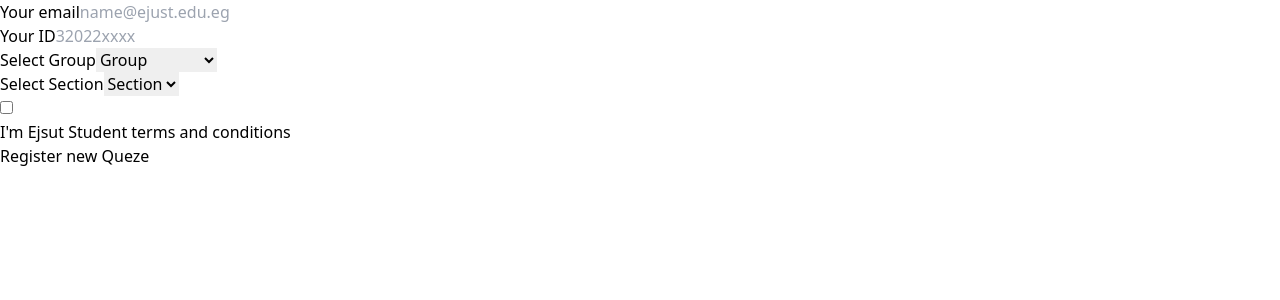
Repository: AbdalrahmanEldeep/FIBOTIC
Page: /
These files come from the project's save history. The page is drawn as it stood at one moment and after the next save; the edit follows.
The browser window is 1280 px wide. The pictures show the whole page.
The project was rebuilt for these pictures with package versions that can differ from the ones it lists, and the page was loaded fresh each time. Also part of the build but not shown: vite.config.js, src/pages/protecter.jsx, src/pages/exame.jsx.

Above is the page before, as saved 2023-01-06 22:40:04.

### index.html
<!DOCTYPE html>
<html lang="en">
  <head>
    <meta charset="UTF-8" />
    <link rel="icon" type="image/svg+xml" href="/vite.svg" />
    <meta name="viewport" content="width=device-width, initial-scale=1.0" />
    <title>FIBO</title>
    <!-- Tailwindcss -->
    <link rel="stylesheet" href="/src/global/app.css">
  </head>
  <body>
    <div id="root"></div>
    <script type="module" src="/src/main.jsx"></script>
  </body>
</html>

### src/global/app.css
/*
! tailwindcss v3.2.4 | MIT License | https://tailwindcss.com
*/

/*
1. Prevent padding and border from affecting element width. (https://github.com/mozdevs/cssremedy/issues/4)
2. Allow adding a border to an element by just adding a border-width. (https://github.com/tailwindcss/tailwindcss/pull/116)
*/

*,
::before,
::after {
  box-sizing: border-box;
  /* 1 */
  border-width: 0;
  /* 2 */
  border-style: solid;
  /* 2 */
  border-color: #e5e7eb;
  /* 2 */
}

::before,
::after {
  --tw-content: '';
}

/*
1. Use a consistent sensible line-height in all browsers.
2. Prevent adjustments of font size after orientation changes in iOS.
3. Use a more readable tab size.
4. Use the user's configured `sans` font-family by default.
5. Use the user's configured `sans` font-feature-settings by default.
*/

html {
  line-height: 1.5;
  /* 1 */
  -webkit-text-size-adjust: 100%;
  /* 2 */
  -moz-tab-size: 4;
  /* 3 */
  -o-tab-size: 4;
     tab-size: 4;
  /* 3 */
  font-family: ui-sans-serif, system-ui, -apple-system, BlinkMacSystemFont, "Segoe UI", Roboto, "Helvetica Neue", Arial, "Noto Sans", sans-serif, "Apple Color Emoji", "Segoe UI Emoji", "Segoe UI Symbol", "Noto Color Emoji";
  /* 4 */
  font-feature-settings: normal;
  /* 5 */
}

/*
1. Remove the margin in all browsers.
2. Inherit line-height from `html` so users can set them as a class directly on the `html` element.
*/

body {
  margin: 0;
  /* 1 */
  line-height: inherit;
  /* 2 */
}

/*
1. Add the correct height in Firefox.
2. Correct the inheritance of border color in Firefox. (https://bugzilla.mozilla.org/show_bug.cgi?id=190655)
3. Ensure horizontal rules are visible by default.
*/

hr {
  height: 0;
  /* 1 */
  color: inherit;
  /* 2 */
  border-top-width: 1px;
  /* 3 */
}

/*
Add the correct text decoration in Chrome, Edge, and Safari.
*/

abbr:where([title]) {
  -webkit-text-decoration: underline dotted;
          text-decoration: underline dotted;
}

/*
Remove the default font size and weight for headings.
*/

h1,
h2,
h3,
h4,
h5,
h6 {
  font-size: inherit;
  font-weight: inherit;
}

/*
Reset links to optimize for opt-in styling instead of opt-out.
*/

a {
  color: inherit;
  text-decoration: inherit;
}

/*
Add the correct font weight in Edge and Safari.
*/

b,
strong {
  font-weight: bolder;
}

/*
1. Use the user's configured `mono` font family by default.
2. Correct the odd `em` font sizing in all browsers.
*/

code,
kbd,
samp,
pre {
  font-family: ui-monospace, SFMono-Regular, Menlo, Monaco, Consolas, "Liberation Mono", "Courier New", monospace;
  /* 1 */
  font-size: 1em;
  /* 2 */
}

/*
Add the correct font size in all browsers.
*/

small {
  font-size: 80%;
}

/*
Prevent `sub` and `sup` elements from affecting the line height in all browsers.
*/

sub,
sup {
  font-size: 75%;
  line-height: 0;
  position: relative;
  vertical-align: baseline;
}

sub {
  bottom: -0.25em;
}

sup {
  top: -0.5em;
}

/*
1. Remove text indentation from table contents in Chrome and Safari. (https://bugs.chromium.org/p/chromium/issues/detail?id=999088, https://bugs.webkit.org/show_bug.cgi?id=201297)
2. Correct table border color inheritance in all Chrome and Safari. (https://bugs.chromium.org/p/chromium/issues/detail?id=935729, https://bugs.webkit.org/show_bug.cgi?id=195016)
3. Remove gaps between table borders by default.
*/

table {
  text-indent: 0;
  /* 1 */
  border-color: inherit;
  /* 2 */
  border-collapse: collapse;
  /* 3 */
}

/*
1. Change the font styles in all browsers.
2. Remove the margin in Firefox and Safari.
3. Remove default padding in all browsers.
*/

button,
input,
optgroup,
select,
textarea {
  font-family: inherit;
  /* 1 */
  font-size: 100%;
  /* 1 */
  font-weight: inherit;
  /* 1 */
  line-height: inherit;
  /* 1 */
  color: inherit;
  /* 1 */
  margin: 0;
  /* 2 */
  padding: 0;
  /* 3 */
}

/*
Remove the inheritance of text transform in Edge and Firefox.
*/

button,
select {
  text-transform: none;
}

/*
1. Correct the inability to style clickable types in iOS and Safari.
2. Remove default button styles.
*/

button,
[type='button'],
[type='reset'],
[type='submit'] {
  -webkit-appearance: button;
  /* 1 */
  background-color: transparent;
  /* 2 */
  background-image: none;
  /* 2 */
}

/*
Use the modern Firefox focus style for all focusable elements.
*/

:-moz-focusring {
  outline: auto;
}

/*
Remove the additional `:invalid` styles in Firefox. (https://github.com/mozilla/gecko-dev/blob/2f9eacd9d3d995c937b4251a5557d95d494c9be1/layout/style/res/forms.css#L728-L737)
*/

:-moz-ui-invalid {
  box-shadow: none;
}

/*
Add the correct vertical alignment in Chrome and Firefox.
*/

progress {
  vertical-align: baseline;
}

/*
Correct the cursor style of increment and decrement buttons in Safari.
*/

::-webkit-inner-spin-button,
::-webkit-outer-spin-button {
  height: auto;
}

/*
1. Correct the odd appearance in Chrome and Safari.
2. Correct the outline style in Safari.
*/

[type='search'] {
  -webkit-appearance: textfield;
  /* 1 */
  outline-offset: -2px;
  /* 2 */
}

/*
Remove the inner padding in Chrome and Safari on macOS.
*/

::-webkit-search-decoration {
  -webkit-appearance: none;
}

/*
1. Correct the inability to style clickable types in iOS and Safari.
2. Change font properties to `inherit` in Safari.
*/

::-webkit-file-upload-button {
  -webkit-appearance: button;
  /* 1 */
  font: inherit;
  /* 2 */
}

/*
Add the correct display in Chrome and Safari.
*/

summary {
  display: list-item;
}

/*
Removes the default spacing and border for appropriate elements.
*/

blockquote,
dl,
dd,
h1,
h2,
h3,
h4,
h5,
h6,
hr,
figure,
p,
pre {
  margin: 0;
}

fieldset {
  margin: 0;
  padding: 0;
}

legend {
  padding: 0;
}

ol,
ul,
menu {
  list-style: none;
  margin: 0;
  padding: 0;
}

/*
Prevent resizing textareas horizontally by default.
*/

textarea {
  resize: vertical;
}

/*
1. Reset the default placeholder opacity in Firefox. (https://github.com/tailwindlabs/tailwindcss/issues/3300)
2. Set the default placeholder color to the user's configured gray 400 color.
*/

input::-moz-placeholder, textarea::-moz-placeholder {
  opacity: 1;
  /* 1 */
  color: #9ca3af;
  /* 2 */
}

input::placeholder,
textarea::placeholder {
  opacity: 1;
  /* 1 */
  color: #9ca3af;
  /* 2 */
}

/*
Set the default cursor for buttons.
*/

button,
[role="button"] {
  cursor: pointer;
}

/*
Make sure disabled buttons don't get the pointer cursor.
*/

:disabled {
  cursor: default;
}

/*
1. Make replaced elements `display: block` by default. (https://github.com/mozdevs/cssremedy/issues/14)
2. Add `vertical-align: middle` to align replaced elements more sensibly by default. (https://github.com/jensimmons/cssremedy/issues/14#issuecomment-634934210)
   This can trigger a poorly considered lint error in some tools but is included by design.
*/

img,
svg,
video,
canvas,
audio,
iframe,
embed,
object {
  display: block;
  /* 1 */
  vertical-align: middle;
  /* 2 */
}

/*
Constrain images and videos to the parent width and preserve their intrinsic aspect ratio. (https://github.com/mozdevs/cssremedy/issues/14)
*/

img,
video {
  max-width: 100%;
  height: auto;
}

/* Make elements with the HTML hidden attribute stay hidden by default */

[hidden] {
  display: none;
}

*, ::before, ::after {
  --tw-border-spacing-x: 0;
  --tw-border-spacing-y: 0;
  --tw-translate-x: 0;
  --tw-translate-y: 0;
  --tw-rotate: 0;
  --tw-skew-x: 0;
  --tw-skew-y: 0;
  --tw-scale-x: 1;
  --tw-scale-y: 1;
  --tw-pan-x:  ;
  --tw-pan-y:  ;
  --tw-pinch-zoom:  ;
  --tw-scroll-snap-strictness: proximity;
  --tw-ordinal:  ;
  --tw-slashed-zero:  ;
  --tw-numeric-figure:  ;
  --tw-numeric-spacing:  ;
  --tw-numeric-fraction:  ;
  --tw-ring-inset:  ;
  --tw-ring-offset-width: 0px;
  --tw-ring-offset-color: #fff;
  --tw-ring-color: rgb(59 130 246 / 0.5);
  --tw-ring-offset-shadow: 0 0 #0000;
  --tw-ring-shadow: 0 0 #0000;
  --tw-shadow: 0 0 #0000;
  --tw-shadow-colored: 0 0 #0000;
  --tw-blur:  ;
  --tw-brightness:  ;
  --tw-contrast:  ;
  --tw-grayscale:  ;
  --tw-hue-rotate:  ;
  --tw-invert:  ;
  --tw-saturate:  ;
  --tw-sepia:  ;
  --tw-drop-shadow:  ;
  --tw-backdrop-blur:  ;
  --tw-backdrop-brightness:  ;
  --tw-backdrop-contrast:  ;
  --tw-backdrop-grayscale:  ;
  --tw-backdrop-hue-rotate:  ;
  --tw-backdrop-invert:  ;
  --tw-backdrop-opacity:  ;
  --tw-backdrop-saturate:  ;
  --tw-backdrop-sepia:  ;
}

::backdrop {
  --tw-border-spacing-x: 0;
  --tw-border-spacing-y: 0;
  --tw-translate-x: 0;
  --tw-translate-y: 0;
  --tw-rotate: 0;
  --tw-skew-x: 0;
  --tw-skew-y: 0;
  --tw-scale-x: 1;
  --tw-scale-y: 1;
  --tw-pan-x:  ;
  --tw-pan-y:  ;
  --tw-pinch-zoom:  ;
  --tw-scroll-snap-strictness: proximity;
  --tw-ordinal:  ;
  --tw-slashed-zero:  ;
  --tw-numeric-figure:  ;
  --tw-numeric-spacing:  ;
  --tw-numeric-fraction:  ;
  --tw-ring-inset:  ;
  --tw-ring-offset-width: 0px;
  --tw-ring-offset-color: #fff;
  --tw-ring-color: rgb(59 130 246 / 0.5);
  --tw-ring-offset-shadow: 0 0 #0000;
  --tw-ring-shadow: 0 0 #0000;
  --tw-shadow: 0 0 #0000;
  --tw-shadow-colored: 0 0 #0000;
  --tw-blur:  ;
  --tw-brightness:  ;
  --tw-contrast:  ;
  --tw-grayscale:  ;
  --tw-hue-rotate:  ;
  --tw-invert:  ;
  --tw-saturate:  ;
  --tw-sepia:  ;
  --tw-drop-shadow:  ;
  --tw-backdrop-blur:  ;
  --tw-backdrop-brightness:  ;
  --tw-backdrop-contrast:  ;
  --tw-backdrop-grayscale:  ;
  --tw-backdrop-hue-rotate:  ;
  --tw-backdrop-invert:  ;
  --tw-backdrop-opacity:  ;
  --tw-backdrop-saturate:  ;
  --tw-backdrop-sepia:  ;
}

### src/main.jsx
import ReactDOM  from "react-dom/client";
import { Root } from "./router/Root";
import 'flowbite';

const root = ReactDOM.createRoot(document.querySelector("#root"));

root.render(
  <Root/>
)

### src/router/Root.jsx
import React from 'react'
import { BrowserRouter, Route, Routes } from 'react-router-dom'
import Home from '../pages/home'
import Protecter from '../pages/protecter'
import Aboute from '../pages/exame'

export const Root = () => {
  return (
    <BrowserRouter>
        <Routes>
            <Route path="/" element={<Protecter statuse={true}><Home/></Protecter>}/>
            <Route path="/exame" element={<Protecter statuse={true}><Aboute/></Protecter>}/>
        </Routes>
    </BrowserRouter>
  )
}

### src/pages/home.jsx
import React from 'react'
import { Form } from '../components/Form'

export default function Home() {
  return (
    <>
      <Form/>
    </>
  )
}

### src/components/Form.jsx
import React from 'react'

export const Form = () => {
  return (

        <form>
            <div className="mb-6">
                <label htmlFor="email" className="block mb-2 text-sm font-medium text-gray-900 dark:text-white">Your email</label>
                <input type="email" id="email" className="shadow-sm bg-gray-50 border border-gray-300 text-gray-900 text-sm rounded focus:ring-blue-500 focus:border-blue-500 block w-full p-2.5 dark:bg-gray-700 dark:border-gray-600 dark:placeholder-gray-400 dark:text-white dark:focus:ring-blue-500 dark:focus:border-blue-500 dark:shadow-sm-light" placeholder="name@ejust.edu.eg" required />
            </div>
            <div className="mb-6">
                <label htmlFor="stdid" className="block mb-2 text-sm font-medium text-gray-900 dark:text-white">Your ID</label>
                <input type="text" id="stdid" placeholder='32022xxxx' className="shadow-sm bg-gray-50 border border-gray-300 text-gray-900 text-sm rounded focus:ring-blue-500 focus:border-blue-500 block w-full p-2.5 dark:bg-gray-700 dark:border-gray-600 dark:placeholder-gray-400 dark:text-white dark:focus:ring-blue-500 dark:focus:border-blue-500 dark:shadow-sm-light" required />
            </div>
            <div className="flex flex-col gap-2 items-start mb-6">
                <label htmlFor="countries" className="block mb-2 text-sm font-medium text-gray-900 dark:text-white">Select Group</label>
                <select id="countries" className="bg-gray-50 border border-gray-300 text-gray-900 text-sm rounded focus:ring-blue-500 focus:border-blue-500 block w-full p-2.5 dark:bg-gray-700 dark:border-gray-600 dark:placeholder-gray-400 dark:text-white dark:focus:ring-blue-500 dark:focus:border-blue-500">
                    <option selected>Group</option>
                    <option value="US">United States</option>
                    <option value="CA">Canada</option>
                    <option value="FR">France</option>
                    <option value="DE">Germany</option>
                </select>
            </div>
            <div className="flex flex-col gap-2 items-start mb-6">
                <label htmlFor="countries" className="block mb-2 text-sm font-medium text-gray-900 dark:text-white">Select Section</label>
                <select id="countries" className="bg-gray-50 border border-gray-300 text-gray-900 text-sm rounded focus:ring-blue-500 focus:border-blue-500 block w-full p-2.5 dark:bg-gray-700 dark:border-gray-600 dark:placeholder-gray-400 dark:text-white dark:focus:ring-blue-500 dark:focus:border-blue-500">
                    <option selected>Section</option>
                    <option value="1">1</option>
                    <option value="2">2</option>
                    <option value="3">3</option>
                </select>
            </div>
            <div className="flex items-start mb-6">
                <div className="flex items-center h-5">
                <input id="terms" type="checkbox" value="" className="w-4 h-4 border border-gray-300 rounded bg-gray-50 focus:ring-3 focus:ring-blue-300 dark:bg-gray-700 dark:border-gray-600 dark:focus:ring-blue-600 dark:ring-offset-gray-800" required />
                </div>
                <label htmlFor="terms" className="ml-2 text-sm font-medium text-gray-900 dark:text-gray-300">I'm Ejsut Student  <a href="#" className="text-blue-600 hover:underline dark:text-blue-500">terms and conditions</a></label>
            </div>
            <button type="submit" className="text-white bg-blue-700 hover:bg-blue-800 focus:ring-4 focus:outline-none focus:ring-blue-300 font-medium rounded text-sm px-5 py-2.5 text-center dark:bg-blue-600 dark:hover:bg-blue-700 dark:focus:ring-blue-800">Register new Queze</button>
        </form>


  )
}

After the next save:
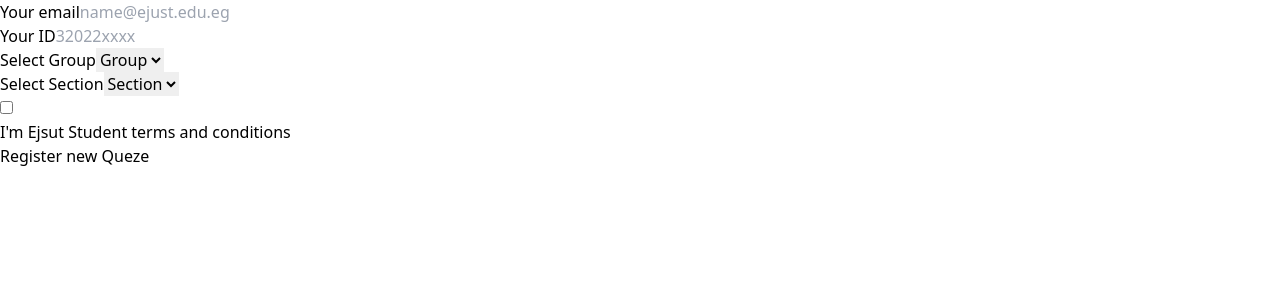
Saved 18 s later.
--- a/src/components/Form.jsx
+++ b/src/components/Form.jsx
@@ -16,10 +16,10 @@ export const Form = () => {
                 <label htmlFor="countries" className="block mb-2 text-sm font-medium text-gray-900 dark:text-white">Select Group</label>
                 <select id="countries" className="bg-gray-50 border border-gray-300 text-gray-900 text-sm rounded focus:ring-blue-500 focus:border-blue-500 block w-full p-2.5 dark:bg-gray-700 dark:border-gray-600 dark:placeholder-gray-400 dark:text-white dark:focus:ring-blue-500 dark:focus:border-blue-500">
                     <option selected>Group</option>
-                    <option value="US">United States</option>
-                    <option value="CA">Canada</option>
-                    <option value="FR">France</option>
-                    <option value="DE">Germany</option>
+                    <option value="US">1</option>
+                    <option value="CA">2</option>
+                    <option value="FR">3</option>
+                    <option value="DE">4</option>
                 </select>
             </div>
             <div className="flex flex-col gap-2 items-start mb-6">
